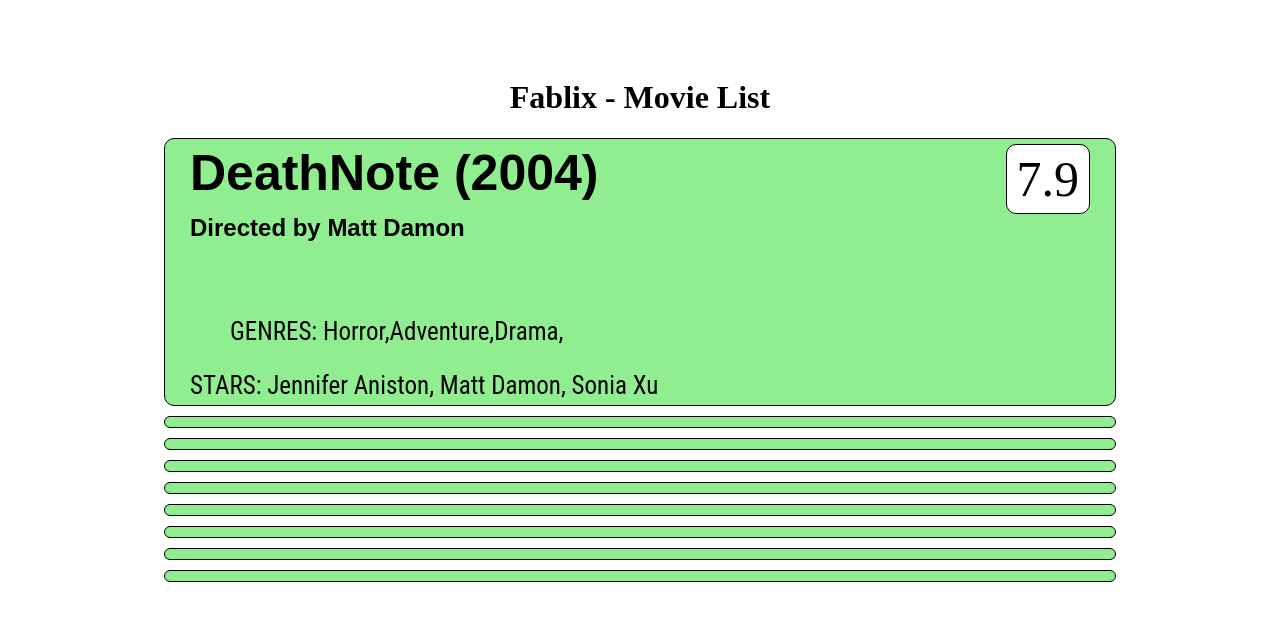
Repository: csumphan/fablix
Page: Project1/WebContent/index.html
The author's editor kept a copy of each file at every save. The page is drawn from the files as they stood at one save, then again after the next save.
The browser window is 1280 px wide. The pictures show the whole page.
Some web fonts or font styles are not loaded; a fallback is used.

Above is the page before, as saved 2018-01-23 00:27:40.

### Project1/WebContent/index.html
<!DOCTYPE html>
<html>
<head>
<meta charset="UTF-8">
<title>Insert title here</title>
<link href="https://fonts.googleapis.com/css?family=Libre+Franklin|Montserrat|Play|Roboto+Condensed" rel="stylesheet">
<link type="text/css" href="styles.css" rel="stylesheet"/>
</head>
<body>
	<h1>Fablix - Movie List</h1>
	<div id="movie-list-container">
		<div class="movie-item">
			<div class="header-container">
				<h1>DeathNote <span>(2004)</span></h1>
				<div class="rating">7.9</div>
			</div>
			<div class="sub-header-container">
				<h2>Directed by Matt Damon</h2>
			</div>
			<div class="info-container">
				<ul class="genres-container">


						<li>GENRES: </li>
						<li>Horror, <li>
						<li>Adventure, <li>
						<li>Drama, <li>

				</ul>
				<div class="stars-container">
					STARS: Jennifer Aniston, Matt Damon, Sonia Xu
				</div>
			</div>
		</div>
		<div class="movie-item"></div>
		<div class="movie-item"></div>
		<div class="movie-item"></div>
		<div class="movie-item"></div>
		<div class="movie-item"></div>
		<div class="movie-item"></div>
		<div class="movie-item"></div>
		<div class="movie-item"></div>
	</div>
</body>
</html>

### Project1/WebContent/styles.css
body {
	padding: 50px;
	display: flex;
	justify-content: center;
	align-items: center;
	flex-direction: column;
	background-color: white;
}
#movie-list-container {
	width: 1000px;
	display: flex;
	justify-content: center;
	align-items: center;
	flex-direction: column;
}

.movie-item {
	width: 900px;
	border-radius: 10px;
	border: 1px solid black;
	background-color: lightgreen;
	margin-bottom: 10px;
	padding: 5px 25px;
}

.header-container {
	display: flex;
	justify-content: space-between;
}

.header-container > h1 {
	font-family: 'Play', sans-serif;
	margin: 0px;
	font-size: 50px;
}

.sub-header-container > h2 {
	font-family: 'Libre Franklin', sans-serif;
	margin: 0px;
}

.info-container {
	font-family: 'Roboto Condensed', sans-serif;
	font-size: 25px;
	margin-top: 50px;
	display: flex;
	flex-direction: column;
}

.rating {
	font-size: 50px;
	border: 1px solid black;
	padding: 5px 10px;
	border-radius: 10px;
	background-color: white;
}

.genres-container {
	width: 100%;
}

li {
	display: inline-block;
}

.stars-container {
	width: 100%;
}

After the next save:
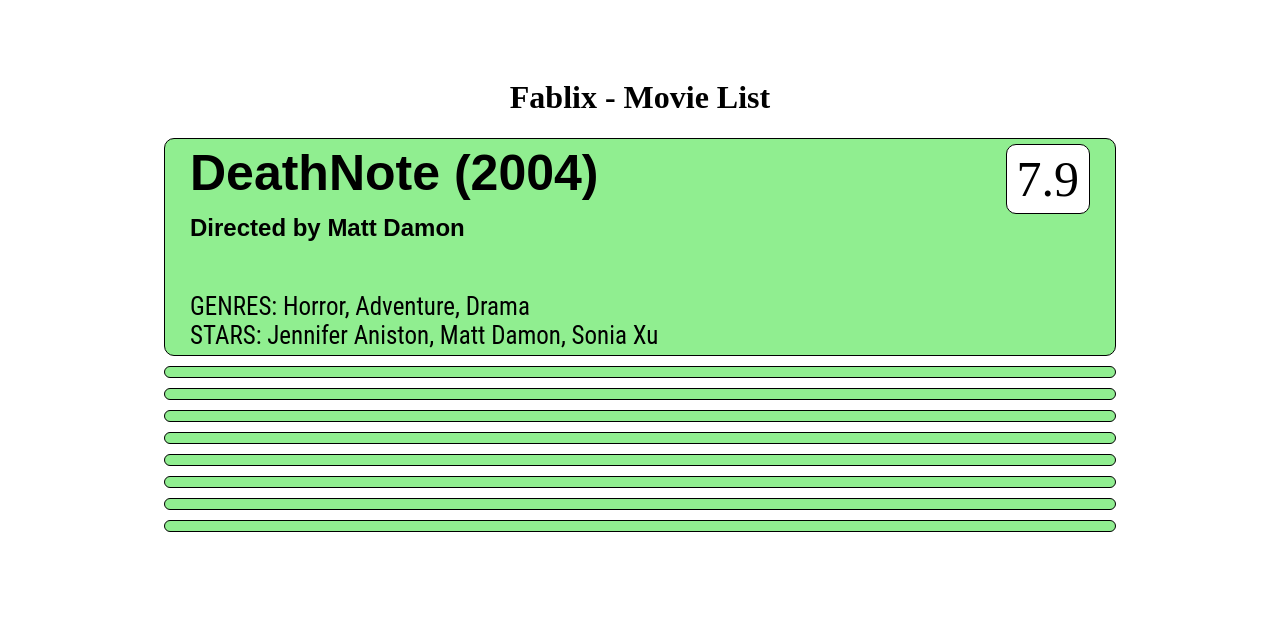
Saved 16 s later.
--- a/Project1/WebContent/index.html
+++ b/Project1/WebContent/index.html
@@ -18,15 +18,9 @@
 				<h2>Directed by Matt Damon</h2>
 			</div>
 			<div class="info-container">
-				<ul class="genres-container">
-
-
-						<li>GENRES: </li>
-						<li>Horror, <li>
-						<li>Adventure, <li>
-						<li>Drama, <li>
-
-				</ul>
+				<div class="genres-container">
+					GENRES: Horror, Adventure, Drama
+				</div>
 				<div class="stars-container">
 					STARS: Jennifer Aniston, Matt Damon, Sonia Xu
 				</div>
